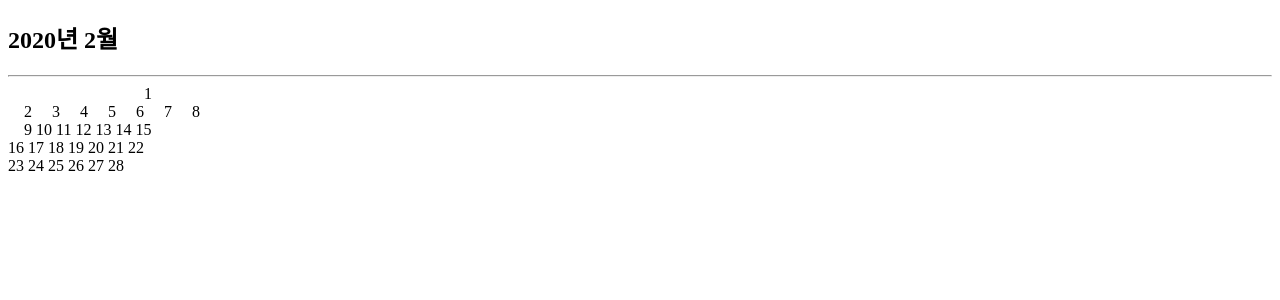
Repository: jpg723/Assignment
Page: http://localhost/LAB6_4/LAB6_4.jsp
These files come from the project's save history. The page is drawn as it stood at one moment and after the next save; the edit follows.
The browser window is 1280 px wide. The pictures show the whole page.
The page is served by Tomcat 9.

Above is the page before, as saved 2021-11-01 04:56:32.

### 웹프로그래밍/LAB6_4/src/main/webapp/LAB6_4.jsp
<%@ page language="java" contentType="text/html; charset=UTF-8"
    pageEncoding="UTF-8"%>
<%@ page import = "java.util.Calendar" %>
<!DOCTYPE html>
<html>
<head>
<meta charset="UTF-8">
<title>LAB6_4</title>
<style>
	table {
		width: 500px;
	}
	table, tr, td{
		border-style: hidden;
	}
</style>
</head>
<body>
<%
	Calendar cal = Calendar.getInstance();

	int year = 2020;
	int month = 2;

	out.println("<h2>" + year + "년 " + month + "월</h2>");
	out.println("<hr>");

	cal.set(Calendar.YEAR, year);
	cal.set(Calendar.MONTH, month - 1);
	cal.set(Calendar.DATE, 1);

	int end = cal.getActualMaximum(Calendar.DAY_OF_MONTH);
	int day = cal.get(Calendar.DAY_OF_WEEK);

	out.println("<div>");

	for(int i = 1; i < day; i++){
		out.println("<span>&nbsp;&nbsp;&nbsp;&nbsp;</span>");
	}

	for(int i = 1; i < end; i++){
		if(i <= 9)
			out.println("&nbsp;&nbsp;&nbsp;&nbsp;" + i);
		else
			out.println(i);
		if(day % 7 == 0)
			out.println("<br>");

		day++;
	}
	out.println("</div>");

%>

</body>
</html>

After the next save:
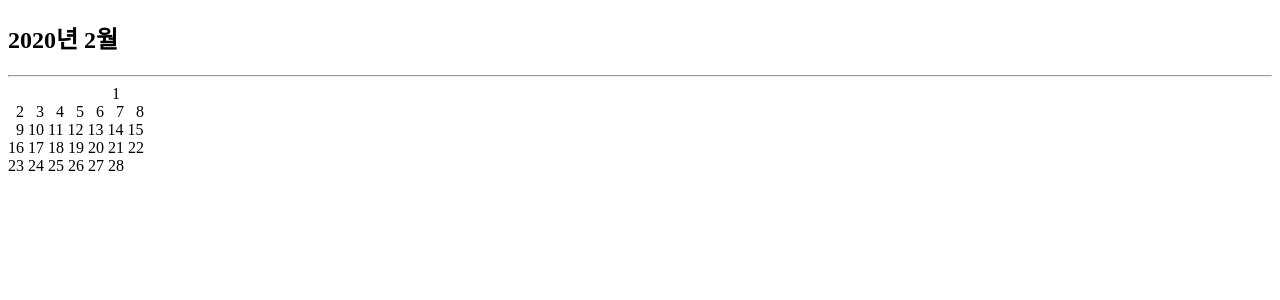
Saved 13 s later.
--- a/웹프로그래밍/LAB6_4/src/main/webapp/LAB6_4.jsp
+++ b/웹프로그래밍/LAB6_4/src/main/webapp/LAB6_4.jsp
@@ -35,12 +35,12 @@
 	out.println("<div>");
 
 	for(int i = 1; i < day; i++){
-		out.println("<span>&nbsp;&nbsp;&nbsp;&nbsp;</span>");
+		out.println("<span>&nbsp;&nbsp;&nbsp;</span>");
 	}
 
 	for(int i = 1; i < end; i++){
 		if(i <= 9)
-			out.println("&nbsp;&nbsp;&nbsp;&nbsp;" + i);
+			out.println("&nbsp;&nbsp;" + i);
 		else
 			out.println(i);
 		if(day % 7 == 0)
